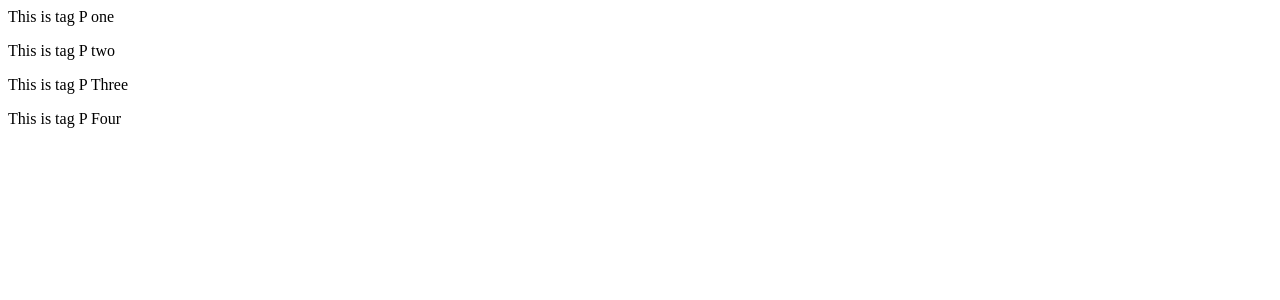
Repository: VDHBK/Learn-JS
Page: JS-Huy/DOM/domSelector_ClassName.html
An editor plug-in stored every save of this project. The page is shown before and after the next save, followed by the edit.
The browser window is 1280 px wide. The pictures show the whole page.

Above is the page before, as saved 2020-10-16 00:34:18.
Console error: ReferenceError: tagObject is not defined

### JS-Huy/DOM/domSelector_ClassName.html
<!-- DOM Selecter 2 -->
<html>
	<head>
	</head>
	<body>
            <p class="description">This is tag P one </p>
            <p class="description">This is tag P two </p>
            <p class="description">This is tag P Three </p>
            <p class="description">This is tag P Four </p>

        <script>
            let listObject = document.getElementsByClassName("description");
            tagObject[0].style.color = "red";
            tagObject[2].style.backgroundColor = "blue";
		</script>
	</body>
</html>

After the next save:
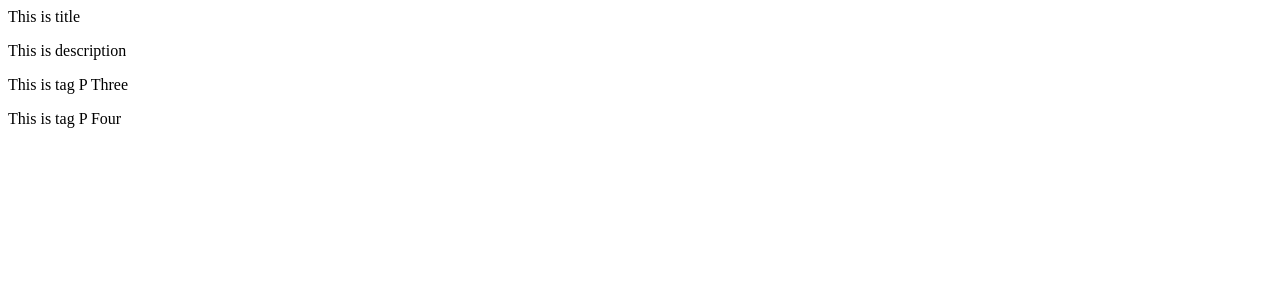
Saved 49 s later.
--- a/JS-Huy/DOM/domSelector_ClassName.html
+++ b/JS-Huy/DOM/domSelector_ClassName.html
@@ -3,8 +3,8 @@
 	<head>
 	</head>
 	<body>
-            <p class="description">This is tag P one </p>
-            <p class="description">This is tag P two </p>
+            <p class="title">This is title </p>
+            <p class="description">This is description </p>
             <p class="description">This is tag P Three </p>
             <p class="description">This is tag P Four </p>
 
